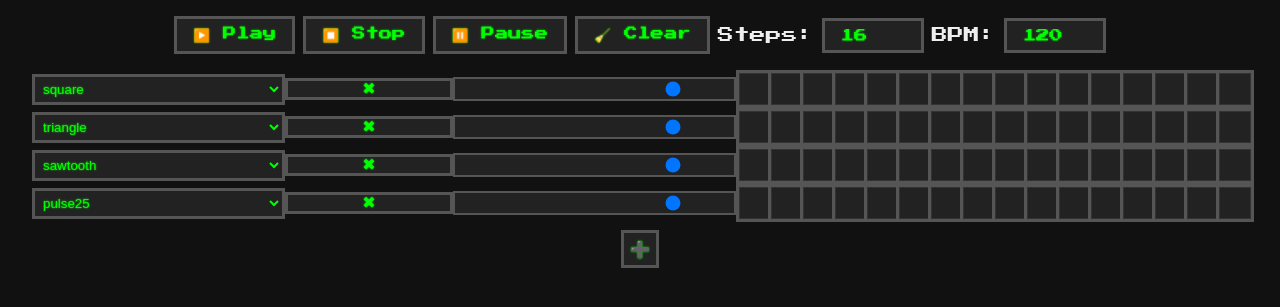
Repository: Aldentec/8-bit-Composer
Page: index.html
An editor plug-in stored every save of this project. The page is shown before and after the next save, followed by the edit.
The browser window is 1280 px wide. The pictures show the whole page.
Some web libraries are served in a nearby version.

Above is the page before, as saved 2025-05-28 16:50:33.

### index.html
<!DOCTYPE html>
<html lang="en">
<head>
  <meta charset="UTF-8">
  <title>8-Bit Composer</title>
  <link rel="stylesheet" href="style.css">
</head>
<body>
    <div id="controls">
        <button id="play">▶️ Play</button>
        <button id="stop">⏹️ Stop</button>
        <button id="pause">⏸️ Pause</button>
        <button id="clear">🧹 Clear</button>

        <label for="steps-input">Steps:</label>
        <input id="steps-input" type="number" min="1" value="16" style="width:4rem;">

        <label for="bpm-input">BPM:</label>
        <input id="bpm-input" type="number" min="1" max="300" value="120" style="width:4rem;">
    </div>

  <div id="grid"></div>

  <!-- Tone.js as global, then our modules -->
  <script src="node_modules/tone/build/Tone.js"></script>
  <script type="module" src="js/main.js"></script>
</body>
</html>

### style.css
/* ------------------------------
   Retro 8-Bit Theme
   ------------------------------ */

/* Pixel-style font */
@import url('https://fonts.googleapis.com/css2?family=Press+Start+2P&display=swap');

body {
  background: #111 url('data:[embedded picture, 57 characters]') repeat;
  color: #eee;
  font-family: 'Press Start 2P', monospace;
  margin: 1rem;
  text-align: center;
}

/* Controls bar */
#controls {
  display: flex;
  flex-wrap: wrap;
  gap: 0.5rem;
  justify-content: center;
  align-items: center;
  margin-bottom: 1rem;
}

#controls button,
#controls input,
#controls select {
  background: #222;
  border: 3px solid #555;
  border-radius: 0;
  padding: 0.5rem 1rem;
  font-family: inherit;
  color: #0f0;
  text-shadow: 0 0 2px #0f0;
  cursor: pointer;
  transition: background 0.1s, border-color 0.1s;
}

#controls button:hover,
#controls input:hover,
#controls select:hover {
  background: #333;
  border-color: #0f0;
}

/* Active control button */
#controls button.active {
  background: #0f0;
  border-color: #0f0;
  color: #000;
  box-shadow: inset 0 0 5px #0f0;
}

/* Note picker */
#note-picker-container {
  margin-bottom: 1rem;
}
#note-picker-container select {
  width: auto;
  background: #222;
  border: 3px solid #555;
  color: #0f0;
  text-shadow: 0 0 2px #0f0;
}

/* Grid container */
#grid {
  width: 100%;
  max-width: 100%;
  overflow-x: auto;
  box-sizing: border-box;
  padding: 0 1rem;
  margin: 0 auto;
}

/* Each row: dropdown + remove + slider + cells */
.grid-row {
  display: grid;
  align-items: center;
  gap: 0;               /* no gap between columns */
}

/* Make controls fill their grid cell */
.instrument-select,
.remove-row-btn,
.volume-slider {
  width: 100%;
  box-sizing: border-box;
}

/* Instrument dropdown */
.instrument-select {
  background: #222;
  border: 3px solid #555;
  padding: 4px;
  color: #0f0;
  text-shadow: 0 0 2px #0f0;
}

/* Remove-row button */
.remove-row-btn {
  padding: 0;
  font-size: 1rem;
  line-height: 1;
  background: #222;
  border: 3px solid #555;
  color: #0f0;
  text-shadow: 0 0 2px #0f0;
  cursor: pointer;
}

/* Volume slider */
.volume-slider {
  -webkit-appearance: none;
  background: #222;
  border: 2px solid #555;
  height: 1.5rem;
  margin: 0;
}

/* Sequencer cell */
.cell {
  width: 2rem;
  height: 2rem;
  background: #222;
  border: 3px solid #555;
  box-shadow: inset 0 0 0 1px #333;
  cursor: pointer;

  display: flex;
  align-items: center;
  justify-content: center;
  font-size: 0.7rem;
  line-height: 1rem;
  font-family: inherit;
  color: #0f0;
  text-shadow: 0 0 1px #0f0;
  user-select: none;
}

/* Active cell */
.cell.active {
  background: #0f0;
  border-color: #0f0;
}

/* Connected visuals */
.cell.connected-left {
  border-left-color: transparent;
  border-top-left-radius: 0;
  border-bottom-left-radius: 0;
}
.cell.connected-right {
  border-right-color: transparent;
  border-top-right-radius: 0;
  border-bottom-right-radius: 0;
}
.cell.connected-left.connected-right {
  border-radius: 0;
}

.cell:hover {
  border-color: #0f0;
}

/* Add-row button */
.add-row {
  width: 2rem;
  height: 2rem;
  margin: 0.5rem auto 0;
  background: #222;
  border: 3px solid #555;
  color: #0f0;
  text-shadow: 0 0 2px #0f0;
  display: flex;
  align-items: center;
  justify-content: center;
  cursor: pointer;
}
.add-row:hover {
  background: #000;
  border-color: #0f0;
}

/* Scrollbar styling for webkit */
#grid::-webkit-scrollbar {
  height: 8px;
}
#grid::-webkit-scrollbar-track {
  background: #111;
}
#grid::-webkit-scrollbar-thumb {
  background: #444;
  border: 2px solid #222;
  border-radius: 4px;
}

### js/main.js
// js/main.js

import {
  initGrid,
  clearGrid,
  INSTRUMENT_OPTIONS,
  volumeState
} from './grid.js';
import { createVoices }   from './voices.js';
import { initSequencer }  from './sequencer.js';

document.addEventListener('DOMContentLoaded', () => {
  // 1) Initial rows: first four defaults
  let instrumentNames = INSTRUMENT_OPTIONS.slice(0, 4);

  // 2) UI controls
  const playBtn  = document.getElementById('play');
  const pauseBtn = document.getElementById('pause');
  const stopBtn  = document.getElementById('stop');
  const clearBtn = document.getElementById('clear');
  const stepsIn  = document.getElementById('steps-input');
  const bpmIn    = document.getElementById('bpm-input');

  let voiceRows = [];  // will hold { trigger, gainNode } per row
  let triggers  = [];  // array of trigger functions

  // 3) Build or rebuild grid + sequencer + volume sliders
  function build(steps, bpm) {
    // a) draw the grid (dropdowns + remove + sliders + cells)
    initGrid('grid', instrumentNames, steps);

    // b) create VoiceRows and extract triggers
    voiceRows = createVoices(instrumentNames);
    triggers  = voiceRows.map(r => r.trigger);

    // c) reset the Transport
    Tone.Transport.stop();
    Tone.Transport.cancel();
    Tone.Transport.position = 0;
    Tone.Transport.bpm.value = bpm;

    // d) schedule the sequencer
    initSequencer(triggers, bpm);

    // e) reset button states
    playBtn.disabled  = false;
    pauseBtn.disabled = true;
    stopBtn.disabled  = true;

    // f) wire up volume sliders
    const sliders = document.querySelectorAll('.volume-slider');
    sliders.forEach((slider, idx) => {
      // initialize from volumeState (merged in grid.js)
      slider.value = volumeState[idx];
      // on user input, update gainNode and persist
      slider.oninput = e => {
        const v = parseFloat(e.target.value);
        voiceRows[idx].gainNode.gain.value = v;
        volumeState[idx] = v;
      };
    });
  }

  // 4) Initial build
  build(Number(stepsIn.value), Number(bpmIn.value));

  // 5) Play / Pause / Stop / Clear handlers
  playBtn.addEventListener('click', async () => {
    await Tone.start();
    Tone.Transport.stop();
    Tone.Transport.position = 0;
    Tone.Transport.start();
    playBtn.classList.add('active');
    pauseBtn.classList.remove('active');
    stopBtn.classList.remove('active');
    playBtn.disabled  = true;
    pauseBtn.disabled = false;
    stopBtn.disabled  = false;
  });

  pauseBtn.addEventListener('click', () => {
    Tone.Transport.pause();
    pauseBtn.classList.add('active');
    playBtn.classList.remove('active');
    stopBtn.classList.remove('active');
    playBtn.disabled  = false;
    pauseBtn.disabled = true;
    stopBtn.disabled  = false;
  });

  stopBtn.addEventListener('click', () => {
    Tone.Transport.stop();
    Tone.Transport.position = 0;
    stopBtn.classList.add('active');
    playBtn.classList.remove('active');
    pauseBtn.classList.remove('active');
    playBtn.disabled  = false;
    pauseBtn.disabled = true;
    stopBtn.disabled  = true;
  });

  clearBtn.addEventListener('click', () => {
    clearGrid();
    Tone.Transport.stop();
    Tone.Transport.position = 0;
    [playBtn, pauseBtn, stopBtn].forEach(b => b.classList.remove('active'));
    playBtn.disabled  = false;
    pauseBtn.disabled = true;
    stopBtn.disabled  = true;
  });

  // 6) Steps change → rebuild
  stepsIn.addEventListener('change', () => {
    build(Math.max(1, +stepsIn.value), +bpmIn.value);
  });

  // 7) BPM change → live tempo update
  bpmIn.addEventListener('change', () => {
    const b = Math.max(1, Math.min(300, +bpmIn.value));
    Tone.Transport.bpm.value = b;
  });

  // 8) Add row
  document.addEventListener('addRowClicked', () => {
    instrumentNames.push(INSTRUMENT_OPTIONS[0]);
    build(+stepsIn.value, +bpmIn.value);
  });

  // 9) Remove row
  document.addEventListener('removeRowClicked', ({ detail: { row } }) => {
    instrumentNames.splice(row, 1);
    build(+stepsIn.value, +bpmIn.value);
  });

  // 10) Instrument change → swap voice on the fly
  document.addEventListener('instrumentChanged', ({ detail: { row, type } }) => {
    instrumentNames[row] = type;
    // rebuild voices & triggers
    voiceRows = createVoices(instrumentNames);
    triggers  = voiceRows.map(r => r.trigger);
    // capture play state & pos
    const wasPlaying = Tone.Transport.state === 'started';
    const pos        = Tone.Transport.position;
    // re-init sequencer
    Tone.Transport.stop();
    Tone.Transport.cancel();
    initSequencer(triggers, Number(bpmIn.value));
    if (wasPlaying) Tone.Transport.start(undefined, pos);
    // re-wire slider for the changed row’s gain
    const slider = document.querySelectorAll('.volume-slider')[row];
    if (slider) {
      slider.oninput = e => {
        const v = parseFloat(e.target.value);
        voiceRows[row].gainNode.gain.value = v;
        volumeState[row] = v;
      };
    }
  });
});

### js/grid.js
// js/grid.js

// Sequencer dimensions and state (set in initGrid)
export let STEPS       = 16;
export let CHANNELS    = 0;
export let gridState   = [];   // boolean on/off per [row][step]
export let noteState   = [];   // note string per [row][step]
export let volumeState = [];   // 0.0–1.0 per [row]

// drag state for stretching notes
let isDragging = false;
let dragRow = null;
let dragStart = null;
let dragEnd = null;
let dragOccurred = false;

/**
 * A master list of all available instrument types for the dropdowns.
 */
export const INSTRUMENT_OPTIONS = [
  'square','triangle','sawtooth','pulse25','pulse50','pulse75',
  'fmsynth','amsynth','metal','membrane','noise-white','noise-pink',
  'drum-kick','drum-snare','drum-tom','drum-hat'
];

/**
 * Renders the sequencer:
 *  • dropdown + remove + volume + cells per row
 *  • click‐and‐drag to stretch notes
 *  • single click for toggling one cell
 *  • visual “connected” classes on active runs
 */
export function initGrid(containerId, instrumentTypes = [], steps = 16) {
  // merge old state
  const oldG = gridState, oldN = noteState, oldV = volumeState;
  const oldR = oldG.length, oldC = oldG[0]?.length || 0;

  CHANNELS = instrumentTypes.length;
  STEPS    = steps;

  gridState = Array.from({ length: CHANNELS }, (_, r) =>
    Array.from({ length: STEPS }, (_, c) =>
      r < oldR && c < oldC ? oldG[r][c] : false
    )
  );
  noteState = Array.from({ length: CHANNELS }, (_, r) =>
    Array.from({ length: STEPS }, (_, c) =>
      r < oldR && c < oldC ? oldN[r][c] : 'C4'
    )
  );
  volumeState = Array.from({ length: CHANNELS }, (_, r) =>
    r < oldV.length ? oldV[r] : 0.8
  );

  const container = document.getElementById(containerId);
  container.innerHTML = '';

  // end any drag on mouseup anywhere
  document.addEventListener('mouseup', () => {
    if (isDragging && dragOccurred) {
      // on drag end: commit the range
      const from = Math.min(dragStart, dragEnd);
      const to   = Math.max(dragStart, dragEnd);
      for (let s = from; s <= to; s++) {
        gridState[dragRow][s] = true;
      }
    }
    isDragging = false;
    dragRow = null;
    dragStart = null;
    dragEnd = null;
    dragOccurred = false;
    // after drag ends, refresh connected styles
    updateConnectedStyles(container);
  });

  instrumentTypes.forEach((initialType, row) => {
    const rowEl = document.createElement('div');
    rowEl.className = 'grid-row';
    rowEl.style.gridTemplateColumns = `auto auto auto repeat(${STEPS}, 2rem)`;

    // dropdown
    const select = document.createElement('select');
    select.className = 'instrument-select';
    INSTRUMENT_OPTIONS.forEach(type => {
      const opt = document.createElement('option');
      opt.value = opt.textContent = type;
      if (type === initialType) opt.selected = true;
      select.append(opt);
    });
    select.addEventListener('change', e => {
      document.dispatchEvent(new CustomEvent('instrumentChanged', {
        detail: { row, type: e.target.value }
      }));
    });
    rowEl.append(select);

    // remove button
    const removeBtn = document.createElement('button');
    removeBtn.className = 'remove-row-btn';
    removeBtn.textContent = '✖';
    removeBtn.addEventListener('click', e => {
      e.stopPropagation();
      document.dispatchEvent(new CustomEvent('removeRowClicked', {
        detail: { row }
      }));
    });
    rowEl.append(removeBtn);

    // volume slider
    const vol = document.createElement('input');
    vol.type = 'range';
    vol.min = 0; vol.max = 1; vol.step = 0.01;
    vol.value = volumeState[row];
    vol.className = 'volume-slider';
    vol.addEventListener('input', e => {
      document.dispatchEvent(new CustomEvent('volumeChanged', {
        detail: { row, volume: parseFloat(e.target.value) }
      }));
    });
    rowEl.append(vol);

    // cells
    for (let step = 0; step < STEPS; step++) {
      const cell = document.createElement('div');
      cell.className = 'cell';
      cell.dataset.row = row;
      cell.dataset.step = step;
      if (gridState[row][step]) {
        cell.classList.add('active');
        cell.textContent = noteState[row][step];
      }

      // mousedown: begin drag or single toggle
      cell.addEventListener('mousedown', () => {
        isDragging = true;
        dragRow    = row;
        dragStart  = step;
        dragEnd    = step;
        dragOccurred = false;
      });

      // mouseover: if dragging same row, mark drag
      cell.addEventListener('mouseover', () => {
        if (isDragging && row === dragRow) {
          dragOccurred = true;
          dragEnd = step;
          // preview highlight
          const from = Math.min(dragStart, dragEnd);
          const to   = Math.max(dragStart, dragEnd);
          // first clear preview on this row
          for (let s = 0; s < STEPS; s++) {
            const c = rowEl.querySelector(`.cell[data-row="${row}"][data-step="${s}"]`);
            if (gridState[row][s]) continue;
            c.classList.remove('active');
            c.textContent = '';
          }
          // then preview active cells
          for (let s = from; s <= to; s++) {
            const c = rowEl.querySelector(`.cell[data-row="${row}"][data-step="${s}"]`);
            c.classList.add('active');
            c.textContent = noteState[row][s];
          }
        }
      });

      // click: if no drag, toggle single cell
      cell.addEventListener('click', () => {
        if (!dragOccurred) {
          const isOn = gridState[row][step];
          gridState[row][step] = !isOn;
          cell.classList.toggle('active', !isOn);
          cell.textContent = !isOn ? noteState[row][step] : '';
          updateConnectedStyles(container);
        }
      });

      // right-click edit note
      cell.addEventListener('contextmenu', e => {
        e.preventDefault();
        const current = noteState[row][step];
        const newNote = prompt('Enter note (e.g. C4, A#3):', current);
        if (newNote) {
          noteState[row][step] = newNote;
          if (gridState[row][step]) {
            cell.textContent = newNote;
          }
        }
      });

      rowEl.append(cell);
    }

    container.append(rowEl);
  });

  // add-row button
  const addRowEl = document.createElement('div');
  addRowEl.className = 'add-row';
  addRowEl.textContent = '➕';
  addRowEl.addEventListener('click', () => {
    document.dispatchEvent(new Event('addRowClicked'));
  });
  container.append(addRowEl);

  // finally update borders for any pre-existing runs
  updateConnectedStyles(container);
}

/**
 * Scans all rows & steps and adds 'connected-left' / 'connected-right'
 * to cells in continuous runs, giving a merged visual.
 */
function updateConnectedStyles(container) {
  for (let row = 0; row < CHANNELS; row++) {
    for (let step = 0; step < STEPS; step++) {
      const cell = container.querySelector(`.cell[data-row="${row}"][data-step="${step}"]`);
      if (!cell) continue;
      cell.classList.remove('connected-left', 'connected-right');
      if (gridState[row][step]) {
        if (gridState[row][step - 1]) cell.classList.add('connected-left');
        if (gridState[row][step + 1]) cell.classList.add('connected-right');
      }
    }
  }
}

/**
 * Clears all active steps in both state and UI.
 */
export function clearGrid() {
  gridState.forEach(row => row.fill(false));
  document.querySelectorAll('.cell.active').forEach(cell => {
    cell.classList.remove('active', 'connected-left', 'connected-right');
    cell.textContent = '';
  });
}

### js/voices.js
// js/voices.js

/**
 * Given an array of instrument‐type strings, returns
 * an array of { trigger, gainNode }—one per row.
 * Voices are bit-crushed and routed through a GainNode.
 * Melodic synths use a zero-release envelope so notes never overrun.
 */
export function createVoices(instrumentTypes) {
  // a short, snappy envelope: zero release for perfect cut-off
  const synthEnv = { attack: 0.001, decay: 0.05, sustain: 0.8, release: 0 };
  const noiseEnv = { attack: 0.001, decay: 0.05, sustain: 0 };

  return instrumentTypes.map(type => {
    let synth;
    const gainNode   = new Tone.Gain(0.8).toDestination();
    const bitCrusher = new Tone.BitCrusher({ bits: 4 });

    switch (type) {
      // ─── Melodic Synths ───
      case 'square':
        synth = new Tone.Synth({ oscillator: { type:'square' }, envelope: synthEnv });
        break;
      case 'triangle':
        synth = new Tone.Synth({ oscillator: { type:'triangle' }, envelope: synthEnv });
        break;
      case 'sawtooth':
        synth = new Tone.Synth({ oscillator: { type:'sawtooth' }, envelope: synthEnv });
        break;
      case 'pulse25':
      case 'pulse50':
      case 'pulse75': {
        const width = type==='pulse25'?0.25:type==='pulse50'?0.5:0.75;
        synth = new Tone.Synth({ oscillator: { type:'pulse', width }, envelope: synthEnv });
        break;
      }
      case 'fmsynth':
        synth = new Tone.FMSynth({ modulationIndex:12, envelope: synthEnv });
        break;
      case 'amsynth':
        synth = new Tone.AMSynth({ harmonicity:3, envelope: synthEnv });
        break;
      case 'metal':
        synth = new Tone.MetalSynth({ envelope: synthEnv });
        break;

      // ─── Drums & Noise ───
      case 'membrane':
        synth = new Tone.MembraneSynth({ envelope: { attack:0.001, decay:0.4, sustain:0, release:0 } });
        break;
      case 'noise-white':
        synth = new Tone.NoiseSynth({ noise:{ type:'white' }, envelope: noiseEnv });
        break;
      case 'noise-pink':
        synth = new Tone.NoiseSynth({ noise:{ type:'pink'  }, envelope: noiseEnv });
        break;
      case 'drum-kick':
        synth = new Tone.MembraneSynth({
          pitchDecay:0.05,
          envelope:   { attack:0.001, decay:0.3, sustain:0, release:0 }
        });
        break;
      case 'drum-snare':
        synth = new Tone.NoiseSynth({ noise:{ type:'white' }, envelope: noiseEnv });
        break;
      case 'drum-tom':
        synth = new Tone.MembraneSynth({
          pitchDecay:0.02,
          envelope:   { attack:0.005, decay:0.3, sustain:0, release:0 }
        });
        break;
      case 'drum-hat':
        synth = new Tone.NoiseSynth({ noise:{ type:'pink' }, envelope: noiseEnv });
        break;

      // ─── Fallback ───
      default:
        synth = new Tone.Synth({ oscillator:{ type:'square' }, envelope: synthEnv });
    }

    // connect: synth → crusher → gain → speakers
    synth.chain(bitCrusher, gainNode);

    // trigger must accept duration so stretched notes still work
    const trigger = (time, note, duration = '16n') => {
      if (synth instanceof Tone.NoiseSynth) {
        // NoiseSynth signature: (duration, time)
        synth.triggerAttackRelease(duration, time);
      } else {
        // melodic & membrane: (note, duration, time)
        synth.triggerAttackRelease(note, duration, time);
      }
    };

    return { trigger, gainNode };
  });
}

### js/sequencer.js
// js/sequencer.js

import { STEPS, gridState, noteState } from './grid.js';

let repeatId = null;

/**
 * Initializes the sequencer:
 *  - Sets the Transport BPM
 *  - Clears any existing schedule
 *  - Schedules a 16th-note repeat that:
 *      • computes the current step
 *      • checks gridState[row][step]
 *      • if active, calls trigger(time, noteState[row][step])
 *
 * @param {Function[]} voices  Array of (time, note) => void trigger functions
 * @param {number} bpm         Tempo in beats per minute
 */
export function initSequencer(voices, bpm = 120) {
  Tone.Transport.bpm.value = bpm;
  if (repeatId) Tone.Transport.clear(repeatId);

  repeatId = Tone.Transport.scheduleRepeat(time => {
    const ticksPer16th = Tone.Transport.PPQ / 4;
    const step = Math.floor(Tone.Transport.ticks / ticksPer16th) % STEPS;

    voices.forEach((trigger, row) => {
      // if this cell is ON but the previous is OFF, it's the start of a run:
      const prev = (step + STEPS - 1) % STEPS;
      if (gridState[row][step] && !gridState[row][prev]) {
        // measure how long the run lasts
        let len = 1;
        while (gridState[row][(step + len) % STEPS]) {
          len++;
          if (len >= STEPS) break;
        }
        // duration string in Tone.js e.g. '4n' for 4 sixteenths
        const dur = `${len} * 16n`;
        const note = noteState[row][step];
        trigger(time, note, dur);
      }
    });
  }, '16n');
}

/**
 * Binds a Play/Pause toggle to a button.
 * @param {string} buttonId  ID of the button element
 */
export function bindPlayButton(buttonId) {
  const btn = document.getElementById(buttonId);
  btn.textContent = '▶️ Play';
  btn.addEventListener('click', async () => {
    await Tone.start();
    if (Tone.Transport.state === 'started') {
      Tone.Transport.stop();
      btn.textContent = '▶️ Play';
    } else {
      Tone.Transport.start();
      btn.textContent = '⏸️ Pause';
    }
  });
}

After the next save:
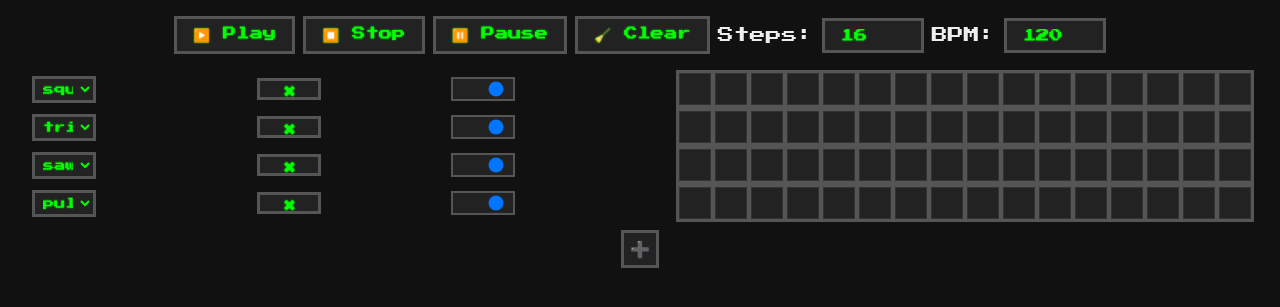
Saved 95 s later.
--- a/style.css
+++ b/style.css
@@ -2,7 +2,7 @@
    Retro 8-Bit Theme
    ------------------------------ */
 
-/* Pixel-style font */
+/* Pixel font */
 @import url('https://fonts.googleapis.com/css2?family=Press+Start+2P&display=swap');
 
 body {
@@ -13,7 +13,7 @@ body {
   text-align: center;
 }
 
-/* Controls bar */
+/* Controls bar at top */
 #controls {
   display: flex;
   flex-wrap: wrap;
@@ -22,7 +22,6 @@ body {
   align-items: center;
   margin-bottom: 1rem;
 }
-
 #controls button,
 #controls input,
 #controls select {
@@ -36,32 +35,17 @@ body {
   cursor: pointer;
   transition: background 0.1s, border-color 0.1s;
 }
-
 #controls button:hover,
 #controls input:hover,
 #controls select:hover {
   background: #333;
   border-color: #0f0;
 }
-
-/* Active control button */
 #controls button.active {
   background: #0f0;
   border-color: #0f0;
   color: #000;
   box-shadow: inset 0 0 5px #0f0;
-}
-
-/* Note picker */
-#note-picker-container {
-  margin-bottom: 1rem;
-}
-#note-picker-container select {
-  width: auto;
-  background: #222;
-  border: 3px solid #555;
-  color: #0f0;
-  text-shadow: 0 0 2px #0f0;
 }
 
 /* Grid container */
@@ -74,40 +58,42 @@ body {
   margin: 0 auto;
 }
 
-/* Each row: dropdown + remove + slider + cells */
+/* Each row: fixed small controls + cells */
 .grid-row {
   display: grid;
   align-items: center;
-  gap: 0;               /* no gap between columns */
+  gap: 0.25rem;          /* tiny gutter between columns */
+  /* inline JS still sets grid-template-columns, but gap shrinks it */
 }
 
-/* Make controls fill their grid cell */
+/* Controls in each row */
 .instrument-select,
 .remove-row-btn,
 .volume-slider {
-  width: 100%;
+  width: auto;           /* allow shrink */
+  min-width: 2rem;
+  max-width: 4rem;
   box-sizing: border-box;
+  background: #222;
+  border: 3px solid #555;
+  color: #0f0;
+  text-shadow: 0 0 2px #0f0;
+  font-family: inherit;
+  cursor: pointer;
 }
 
-/* Instrument dropdown */
+/* Dropdown */
 .instrument-select {
-  background: #222;
-  border: 3px solid #555;
-  padding: 4px;
-  color: #0f0;
-  text-shadow: 0 0 2px #0f0;
+  padding: 0.25rem;
+  font-size: 0.7rem;
 }
 
-/* Remove-row button */
+/* Remove button */
 .remove-row-btn {
   padding: 0;
   font-size: 1rem;
   line-height: 1;
-  background: #222;
-  border: 3px solid #555;
-  color: #0f0;
-  text-shadow: 0 0 2px #0f0;
-  cursor: pointer;
+  text-align: center;
 }
 
 /* Volume slider */
@@ -119,7 +105,7 @@ body {
   margin: 0;
 }
 
-/* Sequencer cell */
+/* Sequencer cells */
 .cell {
   width: 2rem;
   height: 2rem;
@@ -133,19 +119,19 @@ body {
   justify-content: center;
   font-size: 0.7rem;
   line-height: 1rem;
-  font-family: inherit;
   color: #0f0;
   text-shadow: 0 0 1px #0f0;
   user-select: none;
 }
+.cell:hover {
+  border-color: #0f0;
+}
 
-/* Active cell */
+/* Active and connected visuals */
 .cell.active {
   background: #0f0;
   border-color: #0f0;
 }
-
-/* Connected visuals */
 .cell.connected-left {
   border-left-color: transparent;
   border-top-left-radius: 0;
@@ -160,10 +146,6 @@ body {
   border-radius: 0;
 }
 
-.cell:hover {
-  border-color: #0f0;
-}
-
 /* Add-row button */
 .add-row {
   width: 2rem;
@@ -172,7 +154,6 @@ body {
   background: #222;
   border: 3px solid #555;
   color: #0f0;
-  text-shadow: 0 0 2px #0f0;
   display: flex;
   align-items: center;
   justify-content: center;
@@ -183,7 +164,7 @@ body {
   border-color: #0f0;
 }
 
-/* Scrollbar styling for webkit */
+/* Scrollbar styling */
 #grid::-webkit-scrollbar {
   height: 8px;
 }
